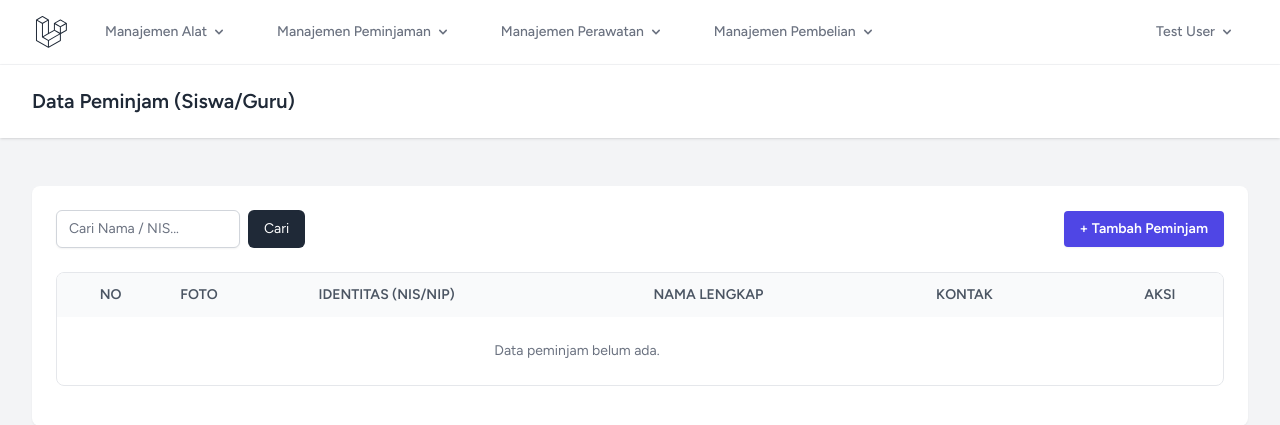
Repository: jeehany/Inventaris-Multimedia
Page: http://localhost/borrowers
These files come from the project's save history. The page is drawn as it stood at one moment and after the next save; the edit follows.
The browser window is 1280 px wide. The pictures show the whole page.
The page is served by the project's Laravel application, run on PHP 8.4 with Laravel 12. A made-up administrator, Test User (test@example.com), is signed in. Style sheets and scripts are compiled from the project's sources, by tool versions that may differ from the author's. Queries for data that is not in the repository find no rows.

Above is the page before, as saved 2025-12-27 13:39:39.

After the next save:
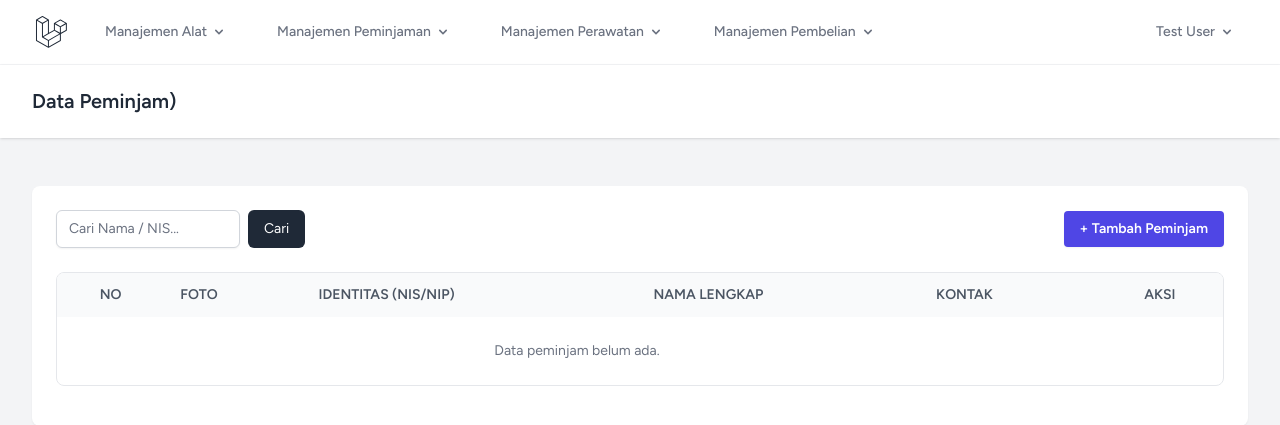
Saved 51 s later.
--- a/resources/views/borrowers/index.blade.php
+++ b/resources/views/borrowers/index.blade.php
@@ -1,6 +1,6 @@
 <x-app-layout>
     <x-slot name="header">
-        <h2 class="font-semibold text-xl text-gray-800 leading-tight">{{ __('Data Peminjam (Siswa/Guru)') }}</h2>
+        <h2 class="font-semibold text-xl text-gray-800 leading-tight">{{ __('Data Peminjam)') }}</h2>
     </x-slot>
 
     <div class="py-12">
@@ -16,7 +16,11 @@
                             <input type="text" name="search" value="{{ request('search') }}" placeholder="Cari Nama / NIS..." class="border-gray-300 rounded-md shadow-sm text-sm">
                             <button type="submit" class="bg-gray-800 text-white px-4 py-2 rounded-md hover:bg-gray-700 text-sm">Cari</button>
                         </form>
-                        <a href="{{ route('borrowers.create') }}" class="bg-indigo-600 hover:bg-indigo-700 text-white font-bold py-2 px-4 rounded shadow-sm text-sm">+ Tambah Peminjam</a>
+                        @auth
+                            @if(!auth()->user()->isHead())
+                                <a href="{{ route('borrowers.create') }}" class="bg-indigo-600 hover:bg-indigo-700 text-white font-bold py-2 px-4 rounded shadow-sm text-sm">+ Tambah Peminjam</a>
+                            @endif
+                        @endauth
                     </div>
 
                     <div class="overflow-x-auto border rounded-lg">
@@ -48,11 +52,17 @@
                                         <td class="px-4 py-3 font-bold text-gray-800">{{ $b->name }}</td>
                                         <td class="px-4 py-3">{{ $b->phone ?? '-' }}</td>
                                         <td class="px-4 py-3 text-center flex justify-center gap-2">
-                                            <a href="{{ route('borrowers.edit', $b->id) }}" class="text-indigo-600 hover:text-indigo-900 bg-indigo-50 p-1 rounded">Edit</a>
-                                            <form action="{{ route('borrowers.destroy', $b->id) }}" method="POST" onsubmit="return confirm('Hapus data ini?');">
-                                                @csrf @method('DELETE')
-                                                <button type="submit" class="text-red-600 hover:text-red-900 bg-red-50 p-1 rounded">Hapus</button>
-                                            </form>
+                                            @auth
+                                                @if(!auth()->user()->isHead())
+                                                    <a href="{{ route('borrowers.edit', $b->id) }}" class="text-indigo-600 hover:text-indigo-900 bg-indigo-50 p-1 rounded">Edit</a>
+                                                    <form action="{{ route('borrowers.destroy', $b->id) }}" method="POST" onsubmit="return confirm('Hapus data ini?');">
+                                                        @csrf @method('DELETE')
+                                                        <button type="submit" class="text-red-600 hover:text-red-900 bg-red-50 p-1 rounded">Hapus</button>
+                                                    </form>
+                                                @else
+                                                    <span class="text-gray-500">(Tidak ada aksi)</span>
+                                                @endif
+                                            @endauth
                                         </td>
                                     </tr>
                                 @empty
